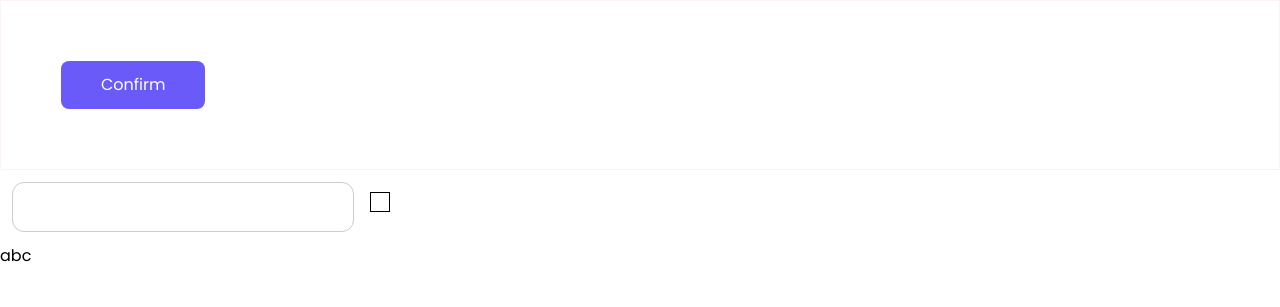
Repository: quangbeuu/Tailwind_learn
Page: Tailwind/index.html
The author's editor kept a copy of each file at every save. The page is drawn from the files as they stood at one save, then again after the next save.
The browser window is 1280 px wide. The pictures show the whole page.

Above is the page before, as saved 2022-01-25 13:54:16.

### Tailwind/index.html
<!DOCTYPE html>
<html lang="en">
<head>
    <meta charset="UTF-8">
    <meta http-equiv="X-UA-Compatible" content="IE=edge">
    <meta name="viewport" content="width=device-width, initial-scale=1.0">
    <title>TailwindCss</title>
    <link rel="preconnect" href="https://fonts.googleapis.com">
    <link rel="preconnect" href="https://fonts.gstatic.com" crossorigin>
    <link href="https://fonts.googleapis.com/css2?family=Poppins:wght@100;200;300;400;500;600;700&display=swap" rel="stylesheet">

    <link rel="stylesheet" href="./build/tailwind.css">
    <link rel="stylesheet" href="./build/app.css">
</head>
<body>
    <!-- VD1: -->
    <!-- <div class="pt-12">
        <h1 class="text-center text-[#ffa400] text-lg sm:text-2xl md:text-3xl lg:text-4xl font-semibold mb-5">Live anywhere</h1>
        <h2 class="text-center font-light text-xl text-[#07a787] mb-35">
            Keep calm & travel on
        </h2>
        <div class="grid grid-cols-1 lg:grid-cols-3 gap-x-[37px] max-w-6xl mx-auto px-[15px] gap-y-7 lg:gap-y-0">
            <div>
                <div class="h-96 mb-5">
                    <img src="https://images.unsplash.com/photo-1509281373149-e957c6296406?ixlib=rb-1.2.1&ixid=MnwxMjA3fDB8MHxwaG90by1wYWdlfHx8fGVufDB8fHx8&auto=format&fit=crop&w=728&q=80" alt="" class="w-full h-full rounded-lg object-cover">
                </div>
                <h3 class="text-center font-medium text-lg mb-3">Enjoy the greate</h3>
                <span class="block text-center text-gray-400 text-sm">6,789 properties</span>
            </div>
            <div>
                <div class="h-96 mb-5">
                    <img src="https://images.unsplash.com/photo-1509281373149-e957c6296406?ixlib=rb-1.2.1&ixid=MnwxMjA3fDB8MHxwaG90by1wYWdlfHx8fGVufDB8fHx8&auto=format&fit=crop&w=728&q=80" alt="" class="w-full h-full rounded-lg object-cover">
                </div>
                <h3 class="text-center font-medium text-lg mb-3">Enjoy the greate</h3>
                <span class="block text-center text-gray-400 text-sm">6,789 properties</span>
            </div>
            <div>
                <div class="h-96 mb-5">
                    <img src="https://images.unsplash.com/photo-1509281373149-e957c6296406?ixlib=rb-1.2.1&ixid=MnwxMjA3fDB8MHxwaG90by1wYWdlfHx8fGVufDB8fHx8&auto=format&fit=crop&w=728&q=80" alt="" class="w-full h-full rounded-lg object-cover">
                </div>
                <h3 class="text-center font-medium text-lg mb-3">Enjoy the greate</h3>
                <span class="block text-center text-gray-400 text-sm">6,789 properties</span>
            </div>
        </div>
    </div> -->
    <!-- VD2: -->
    <!-- <div class="group p-10 border border-red-50"> -->
    <div class="p-10 border border-red-50">
        <button class="inline-block py-3 px-10 m-5 text-white bg-[#6A5AF9] transition-all motion-safe:hover:scale-110 rounded-lg">Confirm</button>
        <!-- lg:group-hover:bg-red-400 -->
    </div>
    <input type="text" class="py-3 px-3 border border-[#ccc] outline-none rounded-xl m-3 focus:border-[#ffa400] transition-all">
    <input type="checkbox" class="appearance-none checked:bg-blue-600 checked:border-transparent w-5 h-5 border border-[#000]">

    <ul>
        <li class="odd:bg-red">abc</li>
    </ul>

</body>
</html>

### Tailwind/build/app.css
body{
    font-family: "Poppins",sans-serif;
}

Loaded but not shown: Tailwind/build/tailwind.css (library)

After the next save:
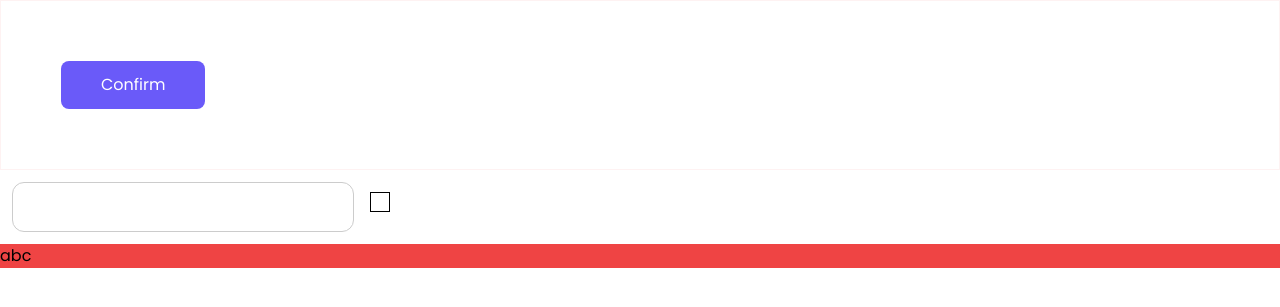
Saved 2 min 0 s later.
--- a/Tailwind/index.html
+++ b/Tailwind/index.html
@@ -53,7 +53,7 @@
     <input type="checkbox" class="appearance-none checked:bg-blue-600 checked:border-transparent w-5 h-5 border border-[#000]">
 
     <ul>
-        <li class="odd:bg-red">abc</li>
+        <li class="odd:bg-red-500">abc</li>
     </ul>
 
 </body>
